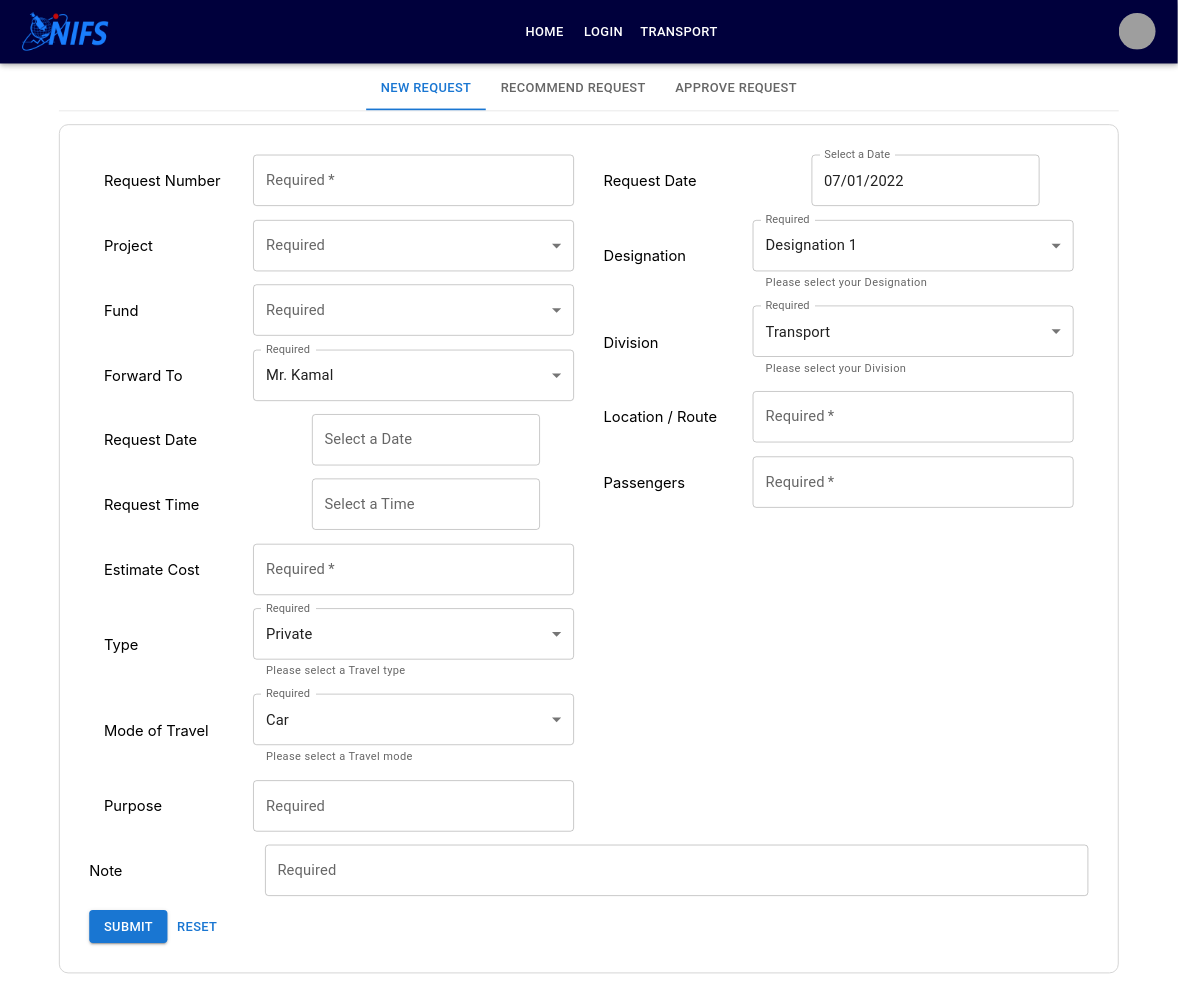
Repository: Ravindu97/NIFS_WebApplication
Page: /transport (app in client/)
The author's editor kept a copy of each file at every save. The page is drawn from the files as they stood at one save, then again after the next save.
The browser window is 1280 px wide. The pictures show the whole page, at 92% of full size.
Pictures or frames that could not be fetched are drawn as grey boxes. The project was rebuilt for these pictures with package versions that can differ from the ones it lists, and the page was loaded fresh each time. Also part of the build but not shown: client/src/pages/Home.js, client/src/pages/Login.js, client/src/components/Transport/RecommendedRequest.js, client/src/components/Transport/ApproveRequest.js.

Above is the page before, as saved 2022-07-01 11:46:48.

### client/src/index.css
body {
  margin: 0;
  font-family: -apple-system, BlinkMacSystemFont, 'Segoe UI', 'Roboto', 'Oxygen',
    'Ubuntu', 'Cantarell', 'Fira Sans', 'Droid Sans', 'Helvetica Neue',
    sans-serif;
  -webkit-font-smoothing: antialiased;
  -moz-osx-font-smoothing: grayscale;
}

:root{
  --main-navbar-back: #00003c;

}


.nav-logo{
  width: 100px;
  height: auto;
}

/* main navbar */
.main-navbar{
  background-color: var(--main-navbar-back) !important;
}

/* secondary navbar */
.secondary-navbar{
  margin-top: 10vh !important;
  margin: auto;
}

/* body content */
.body-content{
  margin: auto;
  width: 90%;
  margin-top: 2vh;
}

/* -------------------css for form starts here */
/* form section means outsice the <form> tag */

.form-section{
  border: 1px solid #d2d2d2;
  border-radius: 10px;
  padding: 2rem;
  margin-bottom: 2vh;
}

/* input fields */
.input-fields{
  display: flex;
  align-items: center;
  margin-bottom: 2vh;
}

.input-fields label{
  margin-right: 2vw;
  width: 200px;
}

.form-left,.form-right{

  margin-left: 1em;
  margin-right: 1em;
}

/* -----------------css for form ends here */

### client/src/App.js
import * as React from 'react';
import { BrowserRouter as Router, Route, Routes } from 'react-router-dom';
import Navbar from './components/shared/Navbar';
import Home from './pages/Home';
import Login from './pages/Login';
import TransportMainPage from './pages/TransportMainPage';

function App() {
	return (
		<div>
			<Router>
				<Navbar />
				<Routes>
					<Route exact path="/" element={<Home />} />
					<Route exact path="/login" element={<Login />} />
					<Route exact path="/transport/*" element={<TransportMainPage />} />
				</Routes>
			</Router>
		</div>
	);
}

export default App;

### client/src/components/shared/Navbar.js
import * as React from 'react';
import AppBar from '@mui/material/AppBar';
import Box from '@mui/material/Box';
import Toolbar from '@mui/material/Toolbar';
import IconButton from '@mui/material/IconButton';
import Typography from '@mui/material/Typography';
import Menu from '@mui/material/Menu';
import MenuIcon from '@mui/icons-material/Menu';
import Container from '@mui/material/Container';
import Avatar from '@mui/material/Avatar';
import Button from '@mui/material/Button';
import Tooltip from '@mui/material/Tooltip';
import MenuItem from '@mui/material/MenuItem';
import { Link } from 'react-router-dom';
import Logo from '../../images/nifs_logo.png';

const Navbar = () => {
	const pages = [
		{
			id: 0,
			title: 'Home',
			link: '/',
		},
		{
			id: 1,
			title: 'Login',
			link: '/login',
		},
		{
			id: 2,
			title: 'Transport',
			link: '/transport',
		},
	];

	const settings = [
		{
			id: 0,
			title: 'Home',
			link: '/',
		},
		{
			id: 1,
			title: 'Login',
			link: '/login',
		},
		{
			id: 2,
			title: 'Transport',
			link: '/transport',
		},
	];

	const [anchorElNav, setAnchorElNav] = React.useState(null);
	const [anchorElUser, setAnchorElUser] = React.useState(null);

	const handleOpenNavMenu = (event) => {
		setAnchorElNav(event.currentTarget);
	};
	const handleOpenUserMenu = (event) => {
		setAnchorElUser(event.currentTarget);
	};

	const handleCloseNavMenu = () => {
		setAnchorElNav(null);
	};

	const handleCloseUserMenu = () => {
		setAnchorElUser(null);
	};

	return (
		<AppBar position="fixed" className="main-navbar">
			<Container maxWidth="xl">
				<Toolbar disableGutters>
					{/*Responsive view start here  */}
					<Box sx={{ display: { xs: 'none', md: 'flex' }, mr: 1 }}>
						<img src={Logo} alt="logo" className="nav-logo" />
					</Box>

					<Box sx={{ flexGrow: 1, display: { xs: 'flex', md: 'none' } }}>
						<IconButton
							size="large"
							aria-label="account of current user"
							aria-controls="menu-appbar"
							aria-haspopup="true"
							onClick={handleOpenNavMenu}
							color="inherit"
						>
							<MenuIcon />
						</IconButton>
						<Menu
							id="menu-appbar"
							anchorEl={anchorElNav}
							anchorOrigin={{
								vertical: 'bottom',
								horizontal: 'left',
							}}
							keepMounted
							transformOrigin={{
								vertical: 'top',
								horizontal: 'left',
							}}
							open={Boolean(anchorElNav)}
							onClose={handleCloseNavMenu}
							sx={{
								display: { xs: 'block', md: 'none' },
							}}
						>
							{pages &&
								pages.map((page) => (
									<MenuItem key={page.id} onClick={handleCloseNavMenu}>
										<Link to={page.link} style={{ textDecoration: 'none' }}>
											<Typography textAlign="center">{page.title}</Typography>
										</Link>
									</MenuItem>
								))}
						</Menu>
					</Box>
					{/* Responsive view ends here */}

					{/* Full width starts here */}
					<Box
						sx={{
							mr: 2,
							display: { xs: 'flex', md: 'none' },
							flexGrow: 1,
						}}
					>
						<img src={Logo} alt="logo" className="nav-logo" />
					</Box>

					<Box
						sx={{ flexGrow: 1, display: { xs: 'none', md: 'flex' } }}
						style={{ justifyContent: 'center' }}
					>
						{pages &&
							pages.map((page) => (
								<Link to={page.link} style={{ textDecoration: 'none' }}>
									<Button
										key={page.id}
										onClick={handleCloseNavMenu}
										sx={{ my: 2, color: 'white', display: 'block' }}
									>
										{page.title}
									</Button>
								</Link>
							))}
					</Box>

					{/* end of the navbar */}
					<Box sx={{ flexGrow: 0 }}>
						<Tooltip title="Open settings">
							<IconButton onClick={handleOpenUserMenu} sx={{ p: 0 }}>
								<Avatar
									alt="Remy Sharp"
									src="https://images.unsplash.com/photo-1566753323558-f4e0952af115?ixlib=rb-1.2.1&ixid=MnwxMjA3fDB8MHxzZWFyY2h8MXx8bWFsZXxlbnwwfHwwfHw%3D&w=1000&q=80"
								/>
							</IconButton>
						</Tooltip>
						<Menu
							sx={{ mt: '45px' }}
							id="menu-appbar"
							anchorEl={anchorElUser}
							anchorOrigin={{
								vertical: 'top',
								horizontal: 'right',
							}}
							keepMounted
							transformOrigin={{
								vertical: 'top',
								horizontal: 'right',
							}}
							open={Boolean(anchorElUser)}
							onClose={handleCloseUserMenu}
						>
							{settings.map((setting) => (
								<MenuItem key={setting.id} onClick={handleCloseUserMenu}>
									<Typography textAlign="center">{setting.title}</Typography>
								</MenuItem>
							))}
						</Menu>
					</Box>
				</Toolbar>
			</Container>
		</AppBar>
	);
};
export default Navbar;

### client/src/pages/TransportMainPage.js
import React from 'react';

import TransportNavbar from '../components/Transport/shared/TransportNavbar';
import { Route, Routes } from 'react-router-dom';
import NewRequest from '../components/Transport/NewRequest';
import RecommendedRequest from '../components/Transport/RecommendedRequest';
import ApproveRequest from '../components/Transport/ApproveRequest';

// transport main page where all other section of transport department can be access from here
function TransportMainPage() {
	return (
		<div>
			<TransportNavbar />
			<div className="body-content">
				<Routes>
					<Route exact path="/" element={<NewRequest />} />
					<Route exact path="/recommend" element={<RecommendedRequest />} />
					<Route exact path="/approve" element={<ApproveRequest />} />
				</Routes>
			</div>
		</div>
	);
}

export default TransportMainPage;

### client/src/components/Transport/shared/TransportNavbar.js
import * as React from 'react';
import Tabs from '@mui/material/Tabs';
import Tab from '@mui/material/Tab';
import Box from '@mui/material/Box';
import { Link, useLocation } from 'react-router-dom';

export default function TransportNavbar() {
	const location = useLocation();

	const pages = [
		{
			id: 0,
			title: 'New Request',
			link: '/transport',
		},
		{
			id: 1,
			title: 'Recommend Request',
			link: '/transport/recommend',
		},
		{
			id: 2,
			title: 'Approve Request',
			link: '/transport/approve',
		},
	];

	return (
		<Box sx={{ width: '90%' }} className="secondary-navbar">
			<Box sx={{ borderBottom: 1, borderColor: 'divider' }}>
				<Tabs value={location.pathname} centered>
					{pages &&
						pages.map((page) => (
							<Tab
								key={page.id}
								label={page.title}
								value={page.link}
								component={Link}
								to={page.link}
							/>
						))}
				</Tabs>
			</Box>
		</Box>
	);
}

### client/src/components/Transport/NewRequest.js
import {
	Button,
	TextField,
	Select,
	InputLabel,
	MenuItem,
	FormControl,
} from '@mui/material';
import React, { useState } from 'react';
import { useForm } from 'react-hook-form';
import Box from '@mui/material/Box';
// import datepicker
import { AdapterDateFns } from '@mui/x-date-pickers/AdapterDateFns';
import { LocalizationProvider } from '@mui/x-date-pickers/LocalizationProvider';
import { DatePicker } from '@mui/x-date-pickers/DatePicker';
import { TimePicker } from '@mui/x-date-pickers/TimePicker';
import { StaticTimePicker } from '@mui/x-date-pickers/StaticTimePicker';
// sample data files start here
import Projects from './shared/sampleData/Project.json';
import Funds from './shared/sampleData/Fund.json';
import ForwardedTo from './shared/sampleData/ForwardedTo.json';
import Divisions from './shared/sampleData/Division.json';
import Designations from './shared/sampleData/Designation.json';

// sample data files ends here

function NewRequest() {
	// date set to be stored
	const { register, handleSubmit, reset } = useForm();

	const [project, setProjects] = useState(Projects);
	const [fund, setFunds] = useState(Funds);
	const [forwardedTo, setForwardedTos] = useState(ForwardedTo);
	const [division, setDivisions] = useState(Divisions);
	const [designation, setDesignations] = useState(Designations);
	const [reqDate, setReqDate] = React.useState(null);
	const [reqTime, setReqTime] = React.useState(null);
	const [today, setToday] = React.useState(new Date());

	const initialSelector = Object.freeze({
		fundType: '',
		forwardPerson: '',
		divisionName: '',
		designationName: '',
		project: '',
	});
	const [updateSelect, usetUpdateSelect] = useState(initialSelector);

	const handleSelector = (e) => {
		usetUpdateSelect({
			...updateSelect,
			[e.target.name]: e.target.value.trim(),
		});
	};

	const submitDetails = (data) => {
		console.log(data);
	};

	return (
		<div className="form-section">
			<form onSubmit={handleSubmit(submitDetails)}>
				<Box
					sx={{
						display: { xs: 'block', md: 'flex' },
						justifyContent: 'center',
					}}
				>
					{/* left section of the form */}

					<Box
						className="form-left"
						sx={{
							width: { xs: '90%', md: '50%' },
						}}
					>
						{/* Request number */}

						<Box className="input-fields">
							<label>Request Number</label>
							<TextField
								fullWidth
								required
								type="text"
								name="reqNo"
								id="outlined-basic"
								label="Required"
								variant="outlined"
								{...register('reqNo', { required: true })}
							/>
						</Box>

						{/* Select project */}

						<Box className="input-fields">
							<label>Project</label>
							<FormControl fullWidth>
								<InputLabel id="demo-simple-select-label">Required</InputLabel>
								<Select
									fullWidth
									labelId="demo-simple-select-label"
									id="demo-simple-select"
									label="Required"
									required
									name="project"
									onChange={handleSelector}
									value={initialSelector.project}
									{...register('project', { required: true })}
								>
									<MenuItem value="">
										<em>Select a project</em>
									</MenuItem>
									{project.map((option) => (
										<MenuItem key={option.id} value={option.value}>
											{option.value}
										</MenuItem>
									))}
								</Select>
							</FormControl>
						</Box>

						{/* Select Fund */}

						<Box className="input-fields">
							<label>Fund</label>
							<TextField
								fullWidth
								id="outlined-select-fund-native"
								select
								label="Required"
								name="fund"
								{...register('fund', { required: true })}
								SelectProps={{
									native: true,
								}}
							>
								<option value="" selected disabled></option>
								{fund.map((option) => (
									<option key={option.id} value={option.value}>
										{option.value}
									</option>
								))}
							</TextField>
						</Box>

						{/* Select Forward */}

						<Box className="input-fields">
							<label>Forward To</label>
							<TextField
								fullWidth
								id="outlined-select-forward-native"
								select
								label="Required"
								name="forwardTo"
								{...register('forwardTo', { required: true })}
								SelectProps={{
									native: true,
								}}
							>
								<option value="" disabled></option>
								{forwardedTo.map((option) => (
									<option key={option.id} value={option.value}>
										{option.value}
									</option>
								))}
							</TextField>
						</Box>

						{/* date picker */}

						<Box className="input-fields">
							<LocalizationProvider dateAdapter={AdapterDateFns}>
								<label>Request Date</label>
								<DatePicker
									label="Select a Date"
									value={reqDate}
									{...register('requestDate', { required: true })}
									onChange={(newValue) => {
										setReqDate(newValue);
									}}
									renderInput={(params) => <TextField {...params} />}
								/>
							</LocalizationProvider>
						</Box>

						{/* Time picker */}

						<Box className="input-fields">
							<LocalizationProvider dateAdapter={AdapterDateFns}>
								<label>Request Time</label>
								<TimePicker
									label="Select a Time"
									value={reqTime}
									{...register('requestTime', { required: true })}
									onChange={(newValue) => {
										setReqTime(newValue);
									}}
									renderInput={(params) => <TextField {...params} />}
								/>
							</LocalizationProvider>
						</Box>

						{/* cost */}

						<Box className="input-fields">
							<label>Estimate Cost</label>
							<TextField
								fullWidth
								required
								type="text"
								name="estimateCost"
								id="outlined-basic"
								label="Required"
								variant="outlined"
								{...register('estimateCost', { required: true })}
							/>
						</Box>

						{/* travel type */}

						<Box className="input-fields">
							<label>Type</label>
							<TextField
								fullWidth
								id="outlined-select-forward-native"
								select
								label="Required"
								name="travelType"
								{...register('travelType', { required: true })}
								SelectProps={{
									native: true,
								}}
								helperText="Please select a Travel type"
							>
								<option value="private">Private</option>
								<option value="official">Official</option>
							</TextField>
						</Box>

						{/* Travel mode */}

						<Box className="input-fields">
							<label>Mode of Travel</label>
							<TextField
								fullWidth
								id="outlined-select-forward-native"
								select
								label="Required"
								name="travelMode"
								{...register('travelMode', { required: true })}
								SelectProps={{
									native: true,
								}}
								helperText="Please select a Travel mode"
							>
								<option value="car">Car</option>
								<option value="van">Van</option>
								<option value="cab">Cab</option>
							</TextField>
						</Box>

						{/* purpose */}

						<Box className="input-fields">
							<label>Purpose</label>
							<TextField
								fullWidth
								id="outlined-textarea"
								label="Required"
								name="purpose"
								{...register('purpose', { required: true })}
								SelectProps={{
									native: true,
								}}
								multiline
							/>
						</Box>
					</Box>

					{/* right section of the form */}

					<Box
						className="form-right"
						sx={{
							width: { xs: '90%', md: '50%' },
						}}
					>
						{/* today date picker */}

						<Box className="input-fields">
							<LocalizationProvider dateAdapter={AdapterDateFns}>
								<label>Request Date</label>
								<DatePicker
									label="Select a Date"
									value={today}
									{...register('requestDate', { required: true })}
									onChange={(newValue) => {
										setToday(newValue);
									}}
									renderInput={(params) => <TextField {...params} />}
								/>
							</LocalizationProvider>
						</Box>

						{/* designations */}

						<Box className="input-fields">
							<label>Designation</label>
							<TextField
								fullWidth
								id="outlined-select-forward-native"
								select
								label="Required"
								name="designation"
								{...register('designation', { required: true })}
								SelectProps={{
									native: true,
								}}
								helperText="Please select your Designation"
							>
								{designation.map((option) => (
									<option key={option.id} value={option.value}>
										{option.value}
									</option>
								))}
							</TextField>
						</Box>

						{/* division */}

						<Box className="input-fields">
							<label>Division</label>
							<TextField
								fullWidth
								id="outlined-select-forward-native"
								select
								label="Required"
								name="division"
								{...register('division', { required: true })}
								SelectProps={{
									native: true,
								}}
								helperText="Please select your Division"
							>
								{division.map((option) => (
									<option key={option.id} value={option.value}>
										{option.value}
									</option>
								))}
							</TextField>
						</Box>

						{/* HOD */}

						{/* Location / route */}

						<Box className="input-fields">
							<label>Location / Route</label>
							<TextField
								fullWidth
								required
								type="text"
								name="route"
								id="outlined-basic"
								label="Required"
								variant="outlined"
								{...register('route', { required: true })}
							/>
						</Box>

						{/* Location / route */}

						<Box className="input-fields">
							<label>Passengers</label>
							<TextField
								fullWidth
								required
								type="text"
								name="passengers"
								id="outlined-basic"
								label="Required"
								variant="outlined"
								{...register('passengers', { required: true })}
							/>
						</Box>
					</Box>
				</Box>

				{/* Note */}

				<Box sx={{ justifyContent: 'center' }}>
					<Box className="input-fields">
						<label>Note</label>
						<TextField
							fullWidth
							id="outlined-textarea"
							label="Required"
							name="note"
							{...register('note', { required: true })}
							SelectProps={{
								native: true,
							}}
							multiline
						/>
					</Box>
				</Box>

				{/* submit button */}

				<Box>
					<Button type="submit" variant="contained">
						Submit
					</Button>

					{/* reset the form */}

					<Button
						type="button"
						onClick={() => {
							reset({
								reqNo: '',
								project: '',
								fund: '',
								forwardTo: '',
								requestDate: '',
								requestTime: '',
								estimateCost: '',
								travelType: '',
								travelMode: '',
								purpose: '',
								note: '',
								employee: '',
								designation: '',
								date: '',
								division: '',
								HOD: '',
								route: '',
								passengers: '',
							});
						}}
					>
						Reset
					</Button>
				</Box>
			</form>
		</div>
	);
}

export default NewRequest;

### client/src/components/Transport/shared/sampleData/Project.json
[
    {
        "id": 0,
        "value": "Kandy tunnel"
    },
    {
        "id": 1,
        "value": "Moragahakanda project"
    },
    {
        "id": 2,
        "value": "Gin nilwala project"
    },
    {
        "id": 3,
        "value": "Samanala wewa projecct"
    },
    {
        "id": 4,
        "value": "Data visualization"
    }
]

### client/src/components/Transport/shared/sampleData/Fund.json
[
    {
        "id": 0,
        "value": "Stock market"
    },
    {
        "id": 1,
        "value": "BOC bank"
    },
    {
        "id": 2,
        "value": "Savings"
    },
    {
        "id": 3,
        "value": "Ticketing"
    },
    {
        "id": 4,
        "value": "Car wash"
    }
]

### client/src/components/Transport/shared/sampleData/ForwardedTo.json
[
    {
        "id": 0,
        "value": "Mr. Kamal"
    },
    {
        "id": 1,
        "value": "Mr. Sunil"
    },
    {
        "id": 2,
        "value": "Mr. Kusal"
    },
    {
        "id": 3,
        "value": "Mrs. Nayana"
    },
    {
        "id": 4,
        "value": "Miss Rashmi"
    }
]

### client/src/components/Transport/shared/sampleData/Division.json
[
    {
        "id": 0,
        "value": "Transport"
    },
    {
        "id": 1,
        "value": "Financial"
    },
    {
        "id": 2,
        "value": "Computer"
    },
    {
        "id": 3,
        "value": "Admin"
    },
    {
        "id": 4,
        "value": "Director"
    }
]

### client/src/components/Transport/shared/sampleData/Designation.json
[
    {
        "id": 0,
        "value": "Designation 1"
    },
    {
        "id": 1,
        "value": "Designation 2"
    },
    {
        "id": 2,
        "value": "Designation 3"
    },
    {
        "id": 3,
        "value": "Designation 4"
    },
    {
        "id": 4,
        "value": "Designation 5"
    }
]

Loaded but not shown: client/src/index.js (common file); client/src/reportWebVitals.js (common file)

After the next save:
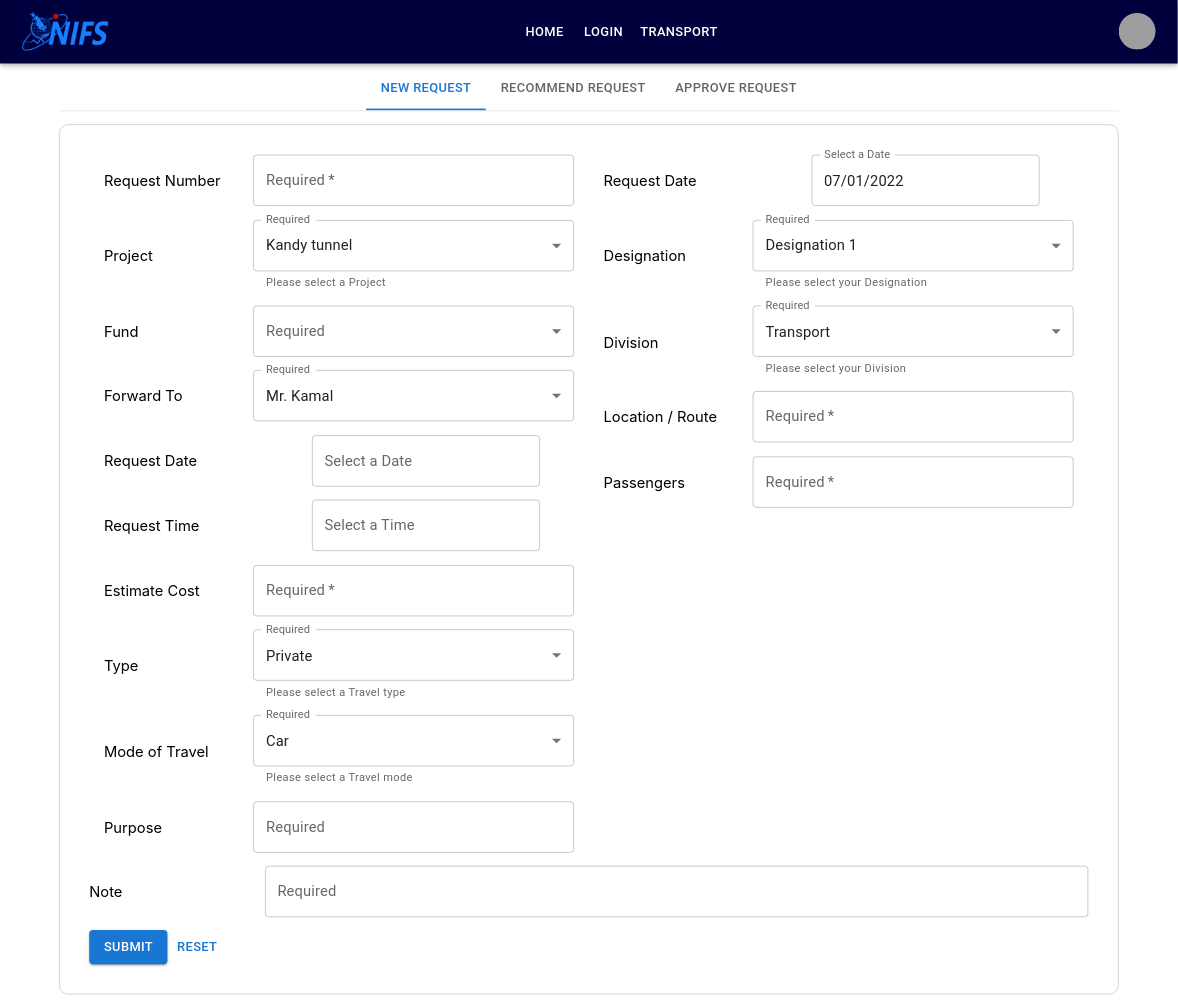
Saved 47 s later.
--- a/client/src/components/Transport/NewRequest.js
+++ b/client/src/components/Transport/NewRequest.js
@@ -94,29 +94,24 @@ function NewRequest() {
 
 						<Box className="input-fields">
 							<label>Project</label>
-							<FormControl fullWidth>
-								<InputLabel id="demo-simple-select-label">Required</InputLabel>
-								<Select
-									fullWidth
-									labelId="demo-simple-select-label"
-									id="demo-simple-select"
-									label="Required"
-									required
-									name="project"
-									onChange={handleSelector}
-									value={initialSelector.project}
-									{...register('project', { required: true })}
-								>
-									<MenuItem value="">
-										<em>Select a project</em>
-									</MenuItem>
-									{project.map((option) => (
-										<MenuItem key={option.id} value={option.value}>
-											{option.value}
-										</MenuItem>
-									))}
-								</Select>
-							</FormControl>
+							<TextField
+								fullWidth
+								id="outlined-select-project-native"
+								select
+								label="Required"
+								name="project"
+								{...register('project', { required: true })}
+								SelectProps={{
+									native: true,
+								}}
+								helperText="Please select a Project"
+							>
+								{project.map((option) => (
+									<option key={option.id} value={option.value}>
+										{option.value}
+									</option>
+								))}
+							</TextField>
 						</Box>
 
 						{/* Select Fund */}
